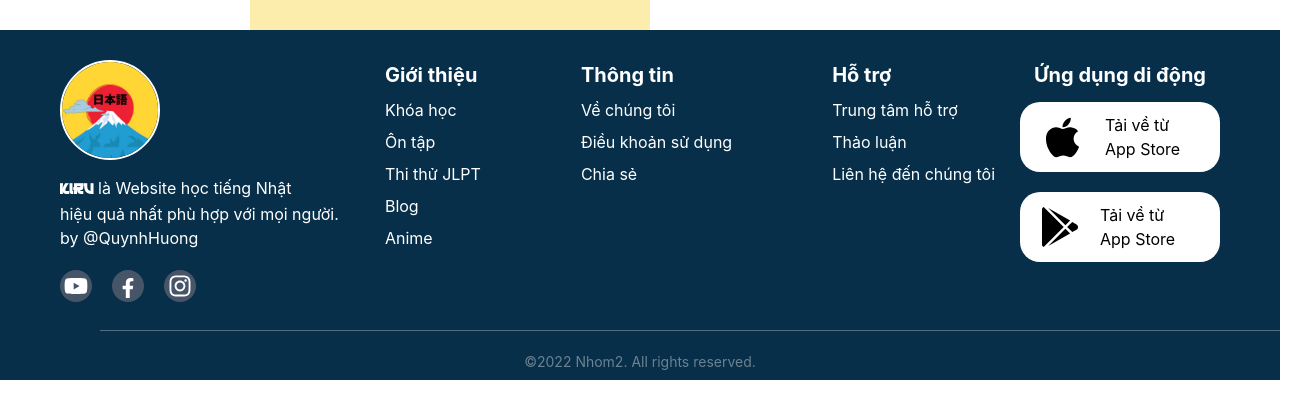
Repository: Quynhhuong150322/Kiru_Website-hoc-tieng-Nhat
Page: /TrangChu
These files come from the project's save history. The page is drawn as it stood at one moment and after the next save; the edit follows.
The browser window is 1280 px wide. The page is 1300 px wide, so the pictures cover 1300 px, including what lies to the right of the window. The pictures show the whole page.
The project was rebuilt for these pictures with package versions that can differ from the ones it lists, and the page was loaded fresh each time. Also part of the build but not shown: src/component/header_footer/Menu.js.

Above is the page before, as saved 2023-08-18 03:30:01.

After the next save:
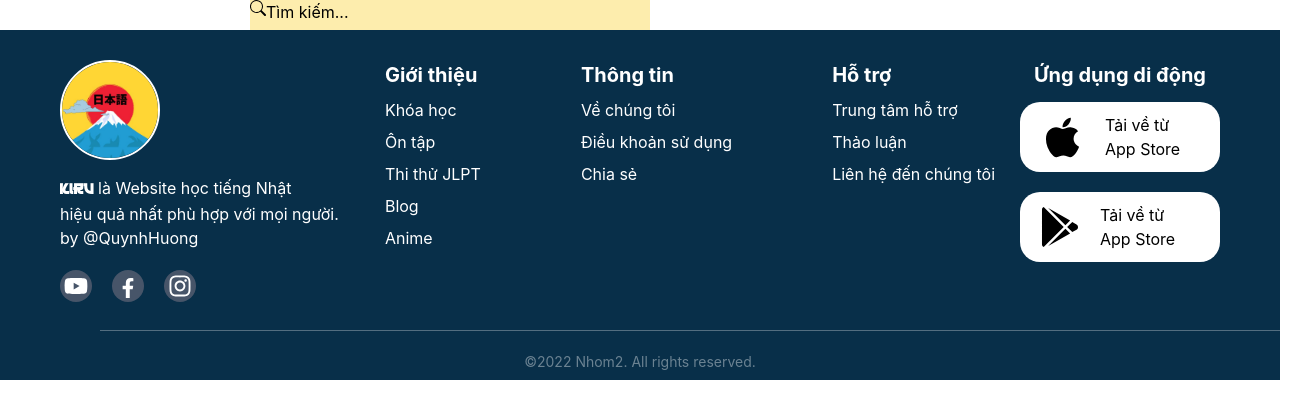
Saved 70 s later.
--- a/src/component/Search.js
+++ b/src/component/Search.js
@@ -1,11 +1,13 @@
 import React from "react";
+import {BsSearch} from "react-icons/bs";
 
 const Search = () => {
     return (
         <div className="pl-[250px]">
             <div className="h-[30px] w-[400px] bg-amber-200/70">
                 <div className="flex flex-row">
-
+                    <BsSearch/>
+                    <p className="">Tìm kiếm...</p>
                 </div>
             </div>
         </div>
